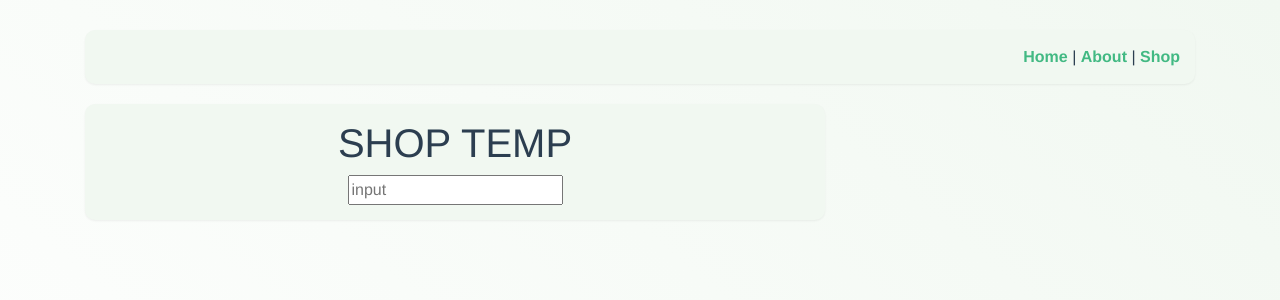
Repository: ramcd86/vuetest
Page: /#/shop
The author's editor kept a copy of each file at every save. The page is drawn from the files as they stood at one save, then again after the next save.
The browser window is 1280 px wide. The pictures show the whole page.
The project was rebuilt for these pictures with package versions that can differ from the ones it lists, and the page was loaded fresh each time. Requests to the local data server were answered from the project's data file. Also part of the build but not shown: src/components/HelloWorld.vue, src/views/Home.vue.

Above is the page before, as saved 2019-07-08 11:31:14.

After the next save:
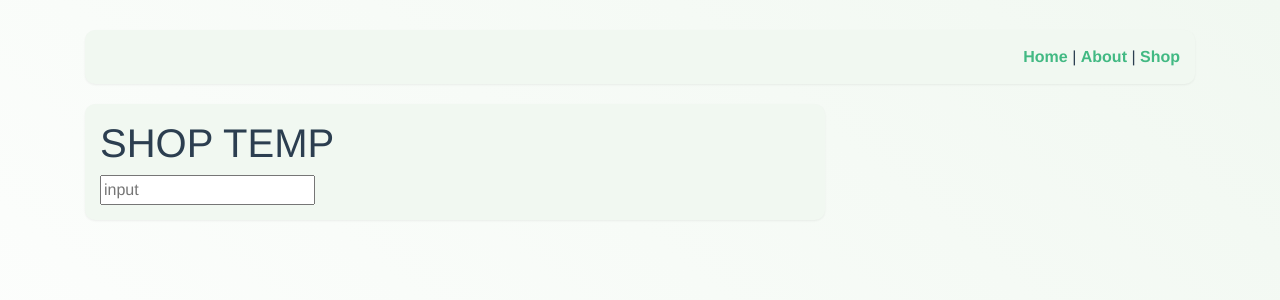
Saved 7 s later.
--- a/src/views/Shop.vue
+++ b/src/views/Shop.vue
@@ -2,7 +2,7 @@
 // Template
 <template>
     <div class="row">
-    <div class="col-8 block">
+    <div class="col-8 block text-left">
         <h1>SHOP TEMP</h1>
             <div v-for="item in dataSet" v-bind:key="item.id">
                 {{item.id}} | {{item.first_name}} {{item.last_name}} | {{item.email}}
